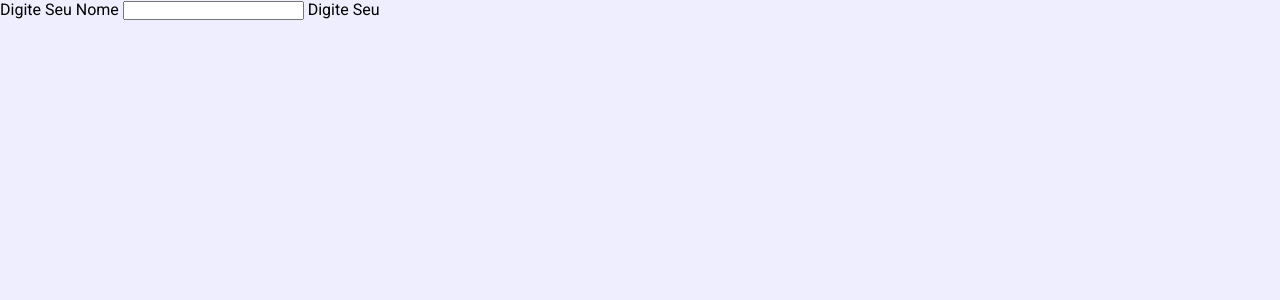
Repository: king-barbearia/king-barbearia-agendamento
Page: cadastro.html
These files come from the project's save history. The page is drawn as it stood at one moment and after a run of saves; the edit follows.
The browser window is 1280 px wide. The pictures show the whole page.

Above is the page before, as saved 2024-07-16 12:03:38.
Console error: TypeError: Cannot read properties of null (reading 'addEventListener')

### cadastro.html
<!DOCTYPE html>
<html lang="pt-br">
  <head>
    <meta charset="UTF-8" />
    <meta name="viewport" content="width=device-width, initial-scale=1.0" />
    <link rel="stylesheet" href="./style.css" />
    <link rel="preconnect" href="https://fonts.googleapis.com" />
    <link rel="preconnect" href="https://fonts.gstatic.com" crossorigin />
    <link
      href="https://fonts.googleapis.com/css2?family=Roboto:ital,wght@0,100;0,300;0,400;0,500;0,700;0,900;1,100;1,300;1,400;1,500;1,700&display=swap"
      rel="stylesheet"
    />
    <title>Cadastro De Usuarios</title>
  </head>
  <body>
		<div class="cadastro">
			<span>Digite Seu Nome</span>
			<input type="text" class="nome">
			<span>Digite Seu </span>

		</div>
    <script src="./script.js"></script>
  </body>
</html>

### style.css
:root {
  --main-font: "Roboto", sans-serif;
  --cor--cinza: #bdbdbd;
  --cor--cinza-escuro: #232323;
}

* {
  margin: 0;
  padding: 0;
  box-sizing: border-box;
}

body {
  margin: 0;
  padding: 0;
  width: 100%;
  min-height: 100vh;
  font-family: var(--main-font);
  background-color: rgb(238, 238, 255);
  overflow-x: hidden;
}

header {
  background-color: var(--cor--cinza);
  width: 100%;
  height: 32vh;
  box-sizing: border-box;
  position: relative;
}

.header-image {
  width: 18%;
  height: 30vh;
  position: absolute;
  margin-top: 3px;
  background-size: cover;
  background-position: center;
  background-repeat: no-repeat;
  background-color: var(--cor--cinza);
}

#name h1 {
  margin: 60px;
  font-weight: 400;
}

#name p {
  margin: 60px;
  color: var(--cor--cinza-escuro);
  margin-top: -35px;
}

#midiasocial {
  float: right;
  position: relative;
  margin-right: 750px;
  margin-top: -80px;
}

#midiasocial img {
  width: 30px;
  margin-right: 30px;
}

.menu {
  background-color: var(--cor--cinza-escuro);
  padding: 10px 0;
}

nav {
  display: flex;
  justify-content: space-between;
  align-items: center;
  padding: 0 20px;
}

.nav-list {
  list-style: none;
  display: flex;
  margin-right: auto;
  position: relative;
}

.nav-list li {
  margin-left: 20px;
  position: relative;
}

.nav-list li a {
  text-decoration: none;
  color: white;
  font-weight: 300;
  transition: color 0.3s;
  padding-bottom: 5px;
}

.nav-list li a:hover,
.nav-list li a.active {
  color: #f4f4f4;
}

.nav-list li a.active::after {
  content: "";
  display: block;
  width: 100%;
  height: 2px;
  background-color: #f4f4f4;
  position: absolute;
  bottom: 0;
  left: 0;
}

/* .boxpesquisa {
          background-color: #bdbdbd65;
          width: 320px;
          height: 30px;
          position: fixed;
          margin-top: 90px;
          margin-left: 16px;
          border-radius: 8px;
          background-image: url("./images/lupa.png");
          background-size: 20px 20px;
          background-repeat: no-repeat;
          background-position: 10px;
          text-align: center;
        } */

#services {
  margin: 70px 38px;
}

#services h2 {
  margin-top: 25px;
  font-size: 15px;
}

#services span {
  font-size: 15px;
}

#agendar {
  margin: -35px 220px;
}

#agendar button {
  margin: 0px -20px;
  position: absolute;
  width: 75px;
  height: 30px;
  border-radius: 8px;
  background-color: var(--cor--cinza);
  font-weight: 900;
  color: var(--cor--cinza-escuro);
}

#valor {
  text-align: right;
}

#tempo {
  margin: 17px 36px;
  font-size: 12px;
}

.submenu {
  display: none;
  list-style-type: none;
  padding-left: 20px;
}

.submenu li {
  margin-bottom: 5px;
}

.nav-item.active {
  font-weight: bold;
}

#corte {
  padding-bottom: 40px;
}

#barba {
  padding-bottom: 30px;
}

#pezinho {
  padding-bottom: 30px;
}

#cortebarba {
  padding-bottom: 30px;
}

#cortesobrancelha {
  padding-bottom: 30px;
}

.image-container {
  display: flex;
  flex-direction: column;
  align-items: center;
  justify-content: center;
}

.image-container div {
  margin-bottom: 25px;
}

#portfolio {
  text-align: center;
  margin-top: 25px;
  line-height: 5;
}

#foto1 img,
#foto2 img,
#foto3 img,
#foto4 img,
#foto5 img,
#foto6 img {
  width: 700px;
  height: 500px;
  border-radius: 8px;
}

/* animação do icone curtir */
.icon {
  cursor: pointer;
}

.icon.active {
  filter: invert(39%) sepia(98%) saturate(3567%) hue-rotate(323deg)
    brightness(102%) contrast(101%);
}

#evaluation {
  h1 {
    margin-left: 80px;
    margin-top: 25px;
    font-size: 45px;
  }
  .estrela {
    width: 20px;
  }
  span {
    margin-left: 61px;
  }
}

#avaliacao {
  margin-left: 53px;
}

#nota {
  display: grid;
  margin-left: 180px;
  margin-top: -95px;
}

.estrelanota {
  width: 15px;
  position: absolute;
  margin: 2px 5px;
}

.status-bar {
  width: 250px;
  background-color: #f3f3f3;
  border: 1px solid #ccc;
  position: relative;
  height: 10px;
  margin-top: 9.5px;
  border-radius: 10px;
}

.status-star {
  margin-top: -99px;
  margin-left: 95px;
}

.status-bar-fill {
  height: 100%;
  background-color: #f54905;
  width: 0;
  transition: width 0.5s;
}

#detalhes {
  margin-bottom: 35px;
}

#map {
  height: 300px; /* Altura do mapa */
  width: 100%; /* Largura do mapa */
  z-index: 0;
}

#navigate-button {
  margin-top: -150px;
  margin-left: 540px;
  height: 10vh;
  padding: 10px 20px;
  background-color: rgba(255, 255, 255, 0.932);
  color: var(--cor--cinza-escuro);
  border: none;
  cursor: pointer;
  font-size: 16px;
  position: absolute;
  z-index: 1;
  width: 400px;
  border-radius: 10px;
  h1 {
    font-size: 15px;
    margin-left: -152px;
    margin-top: -53px;
  }

  span {
    font-size: 11px;
    margin-left: -6px;
  }
}

#iconnavegar {
  position: absolute;
  margin-left: 33px;
  margin-top: -9px;
}

#logobt {
  width: 60px;
  margin-left: -345px;
  margin-top: -17px;
}

.vertical-line {
  width: 1px;
  height: 50px;
  background-color: var(--cor--cinza-escuro);
  margin: -40px 320px;
  position: absolute;
}

.horizontal-line {
  border: none;
  height: 1px;
  background-color: var(--cor--cinza);
  width: 70%;
  margin: 15px auto; /* Centraliza a linha horizontal */
}

#horarios {
  h1 {
    text-align: center;
    font-size: 20px;
    margin-top: 20px;
    color: var(--cor--cinza-escuro);
  }
  a {
    text-decoration: none;
    color: var(--cor--cinza-escuro);
  }
}

#whatsapp {
  position: absolute;
  margin: -1px 20px;
}

.funcionamento {
  margin-left: 200px;
  line-height: 2;
}

#horas {
  margin: -30px 290px;
  position: absolute;
}

footer {
  position: fixed;
  bottom: 0;
  left: 0;
  width: 100%;
  background-color: var(--cor--cinza-escuro);
  text-align: center;
  padding: 10px 0;
  margin-top: 50px;
  z-index: 3;
}

#scheduleModal {
  margin: 40px 220px;
  h2 {
    color: var(--cor--cinza-escuro);
  }
}

span.close {
  color: var(--cor--cinza-escuro);
  margin: -40px;
  font-size: 35px;
}

#scheduleForm {
  display: grid;
  width: 250px;
  text-align: center;
  input {
    border-radius: 4px;
    text-align: center;
    margin-bottom: 14px;
    height: 30px;
    font-weight: 600;
    border: 2px solid var(--cor--cinza-escuro); /* Define a cor da borda */
    background-color: var(--cor--cinza);
    color: var(--cor--cinza-escuro);
  }
  placeholder {
    color: var(--cor--cinza-escuro);
  }
  select {
    border-radius: 4px;
    text-align: center;
    height: 30px;
    background-color: var(--cor--cinza);
    color: var(--cor--cinza-escuro);
    font-weight: 600;
    border: 2px solid var(--cor--cinza-escuro); /* Define a cor da borda */
    margin-bottom: 8px;
  }
  button {
    height: 30px;
    border-radius: 4px;
    background-color: var(--cor--cinza-escuro);
    color: var(--cor--cinza);
    font-weight: 600;
    border: 2px solid var(--cor--cinza); /* Define a cor da borda */
  }
}

/* Media Queries para responsividade */
@media (max-width: 768px) {
}

@media (max-width: 480px) {
}

.booking {
  border: 1px solid #ccc;
  padding: 10px;
  margin-bottom: 10px;
}

### script.js
// Função para exibir ou ocultar seções
function toggleSection(event, sectionId) {
  event.preventDefault();
  const sections = [
    "services",
    "portfolio",
    "evaluation",
    "detalhes",
    "agenda",
  ]; // IDs de todas as seções

  sections.forEach((id) => {
    const section = document.getElementById(id);
    if (sectionId !== id) {
      section.style.display = "none";
    } else {
      const selectedSection = document.getElementById(sectionId);
      selectedSection.style.display =
        selectedSection.style.display === "none" ? "block" : "none";
    }
  });
}

// Função para inicializar o mapa
function initMap() {
  // Coordenadas de exemplo (São Paulo, Brasil)
  const location = [-23.612242436593856, -46.594654991394556];

  // Verificar se o contêiner do mapa está visível
  const mapContainer = document.getElementById("map");
  if (
    mapContainer.style.display === "none" ||
    mapContainer.offsetWidth === 0 ||
    mapContainer.offsetHeight === 0
  ) {
    // Aguardar até que o contêiner do mapa esteja visível
    setTimeout(initMap, 100);
    return;
  }

  // Inicializar o mapa
  const map = L.map("map").setView(location, 13);

  // Adicionar camada de mapa do OpenStreetMap
  L.tileLayer("https://{s}.tile.openstreetmap.org/{z}/{x}/{y}.png", {
    attribution:
      '&copy; <a href="https://www.openstreetmap.org/export#map=19/-23.61312/-46.59401">OpenStreetMap</a> contributors',
  }).addTo(map);

  // Adicionar um marcador na localização
  L.marker(location).addTo(map).bindPopup("São Paulo, Brasil").openPopup();
}

// Evento de clique no botão de navegação
document
  .getElementById("navigate-button")
  .addEventListener("click", function () {
    const lat = -23.612242436593856; // Latitude de destino
    const lng = -46.594654991394556; // Longitude de destino
    window.open(
      `https://www.google.com/maps/dir/?api=1&destination=${lat},${lng}`,
      "_blank"
    );
  });

// Evento de clique no botão "curtir"
document.getElementById("curtir").addEventListener("click", function () {
  if (this.src.includes("coracao.png")) {
    this.src = "./images/coracaopreenchido.png";
  } else {
    this.src = "./images/coracao.png";
  }
});

// Seleciona todos os botões de agendamento
const agendarButtons = document.querySelectorAll("#agendar-btn");

// Adiciona um evento de clique para cada botão de agendamento
agendarButtons.forEach((button) => {
  button.addEventListener("click", function (event) {
    // Evita o comportamento padrão do botão (enviar formulário)
    event.preventDefault();

    // Obtém os dados do serviço, valor e tempo da mesma div do botão clicado
    const service = button.getAttribute("data-servico"); // Obtém o valor do data-servico
    const value = button.parentNode.querySelector("#valor").textContent.trim();
    const duration = button.parentNode
      .querySelector("#tempo")
      .textContent.trim(); // Renomeado para duration

    // Fecha o elemento de serviços
    document.getElementById("services").style.display = "none";

    // Preenche o modal com os dados do serviço selecionado
    document.querySelector("#scheduleModal").style.display = "block";
    document.querySelector('#scheduleForm input[type="text"]').value = ""; // Limpa os campos de texto (nome e whatsapp)
    document.querySelector("#barber").selectedIndex = 0; // Reseta o dropdown de barbeiros
    document.querySelector("#date").value = ""; // Limpa o campo de data
    document.querySelector("#time").value = ""; // Limpa o campo de horário

    // Preenche os campos ocultos no formulário com os dados do serviço selecionado
    document.querySelector('#scheduleForm input[name="service"]').value =
      service;
    document.querySelector('#scheduleForm input[name="valueservice"]').value =
      value; // Renomeado para valueservice
    document.querySelector('#scheduleForm input[name="duration"]').value =
      duration; // Envia duration ao invés de time
  });
});

// Função para fechar o modal de agendamento
function closeModal() {
  document.querySelector("#scheduleModal").style.display = "none";
  // Reabre o elemento de serviços quando o modal é fechado
  document.getElementById("services").style.display = "block";
}

// Evento de clique no ícone do menu mobile para exibir/ocultar o menu
const mobileMenu = document.getElementById("mobile-menu");
const navList = document.querySelector(".nav-list");
const navLinks = document.querySelectorAll(".nav-list li a");

mobileMenu.addEventListener("click", () => {
  navList.classList.toggle("active");
});

// Evento de clique nos links do menu para marcar o link ativo
navLinks.forEach((link) => {
  link.addEventListener("click", () => {
    navLinks.forEach((nav) => nav.classList.remove("active"));
    link.classList.add("active");
  });
});

// Inicializar o mapa assim que o documento estiver pronto
document.addEventListener("DOMContentLoaded", function () {
  initMap();
});

// Função para enviar os dados do formulário para a rota Flask
let isSubmitting = false;

function submitForm(event) {
  event.preventDefault();

  if (isSubmitting) return;

  isSubmitting = true;

  const form = document.getElementById("scheduleForm");
  const formData = new FormData(form);

  fetch("http://127.0.0.1:8000/schedule", {
    method: "POST",
    body: JSON.stringify(Object.fromEntries(formData.entries())), // Converte FormData para objeto JSON
    headers: {
      "Content-Type": "application/json",
    },
  })
    .then((response) => response.json())
    .then((data) => {
      console.log("Booking confirmed:", data.message);
      // Aqui você pode adicionar lógica adicional após o agendamento ser confirmado
      closeModal(); // Fecha o modal após o agendamento ser confirmado
      isSubmitting = false; // Reseta o flag de submissão
    })
    .catch((error) => {
      console.error("Error:", error);
      // Aqui você pode tratar erros de requisição, se necessário
      isSubmitting = false; // Reseta o flag de submissão
    });
}

// Adiciona um evento de submit para o formulário
document.getElementById("scheduleForm").addEventListener("submit", submitForm);

//consultar dados agenda
function fetchBookings() {
  fetch("http://127.0.0.1:8000/bookings")
    .then((response) => response.json())
    .then((data) => {
      const bookingsDiv = document.getElementById("bookings");
      bookingsDiv.innerHTML = "";

      data.forEach((booking) => {
        const bookingDiv = document.createElement("div");
        bookingDiv.classList.add("booking");
        bookingDiv.innerHTML = `
              <p><strong>Nome:</strong> ${booking.name}</p>
              <p><strong>Telefone:</strong> ${booking.phone}</p>
              <p><strong>Serviço:</strong> ${booking.service}</p>
              <p><strong>Barbeiro:</strong> ${booking.barber}</p>
              <p><strong>Data:</strong> ${booking.date}</p>
              <p><strong>Hora:</strong> ${booking.time}</p>
              <p><strong>Duração:</strong> ${booking.duration}</p>
              <p><strong>Valor:</strong> ${booking.valueservice}</p>
            `;
        bookingsDiv.appendChild(bookingDiv);
      });

      document.getElementById("agenda").style.display = "block";
    })
    .catch((error) => {
      console.error("Erro ao buscar agendamentos:", error);
    });
}

After the next 5 saves:
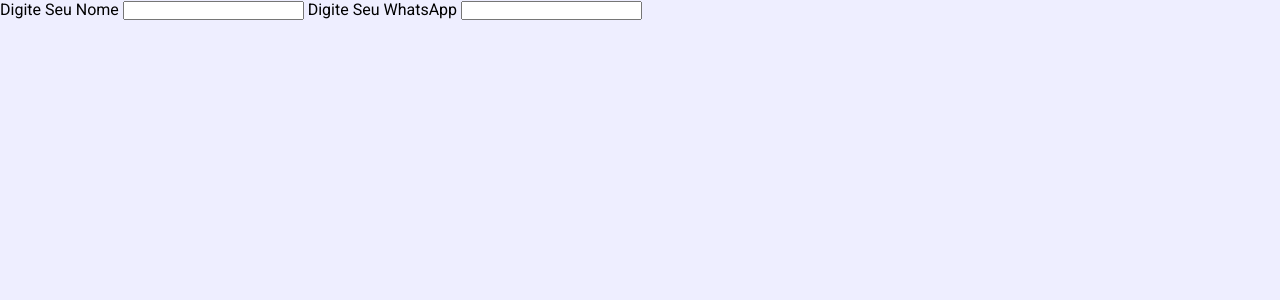
The 5 saves are shown as one change because they came seconds apart.
The last was saved 13 s later.
--- a/cadastro.html
+++ b/cadastro.html
@@ -16,7 +16,8 @@
 		<div class="cadastro">
 			<span>Digite Seu Nome</span>
 			<input type="text" class="nome">
-			<span>Digite Seu </span>
+			<span>Digite Seu WhatsApp</span>
+			<input type="text" >
 
 		</div>
     <script src="./script.js"></script>
